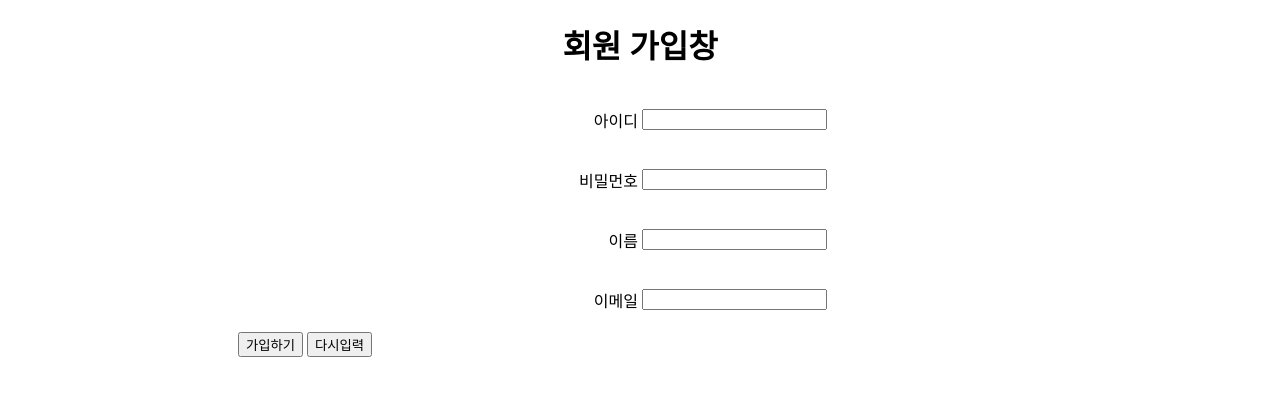
Repository: yw-son/yw-son
Page: http://localhost/pro13/memberForm.jsp
An editor plug-in stored every save of this project. The page is shown before and after the next save, followed by the edit.
The browser window is 1280 px wide. The pictures show the whole page.
The page is served by Tomcat 9. Other server files are loaded and not shown.

Above is the page before, as saved 2023-06-15 05:54:39.

### pro13/src/main/webapp/memberForm.jsp
<%@ page language="java" contentType="text/html; charset=UTF-8"
    pageEncoding="UTF-8"%>
<!DOCTYPE html>
<html>
<head>
<meta charset="UTF-8">
<title>회원 가입창 - memberform.jsp</title>
</head>
<body>
	<form action="member3.jsp" method="post" accept-charset="UTF-8">
		<h1 style="text-align: center">회원 가입창</h1>
		<table align="center">
			<tr>
				<td width="200">
					<p align="right">아이디</p>
					</td>
					<td width="400"><input type="text" name="id"></td>
					</tr>
					<tr>
				<td width="200">
					<p align="right">비밀먼호</p>
					</td>
					<td width="400"><input type="password" name="pwd"></td>
					</tr>
					<tr>
				<td width="200">
					<p align="right">이름</p>
					</td>
					<td width="400"><input type="text" name="name"></td>
					</tr>
					<tr>
				<td width="200">
					<p align="right">이메일</p>
					</td>
					<td width="400"><input type="text" name="email"></td>
					</tr>
					<tr>
				<td width="400">
					<input type="submit" value="가입하기">
					<input type="reset" value="다시입력">
					</td>

					</tr>
		</table>
	</form>
</body>
</html>

After the next save:
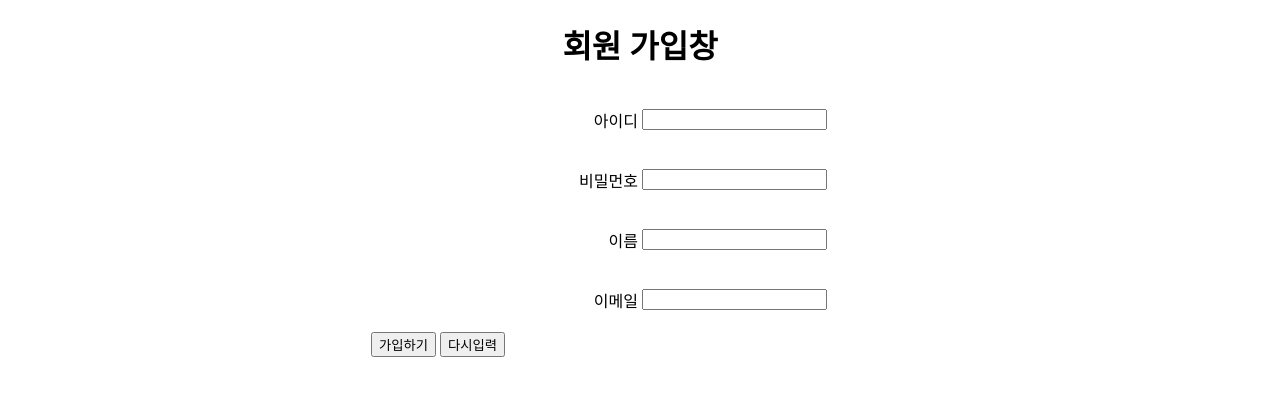
Saved 13 min 0 s later.
--- a/pro13/src/main/webapp/memberForm.jsp
+++ b/pro13/src/main/webapp/memberForm.jsp
@@ -11,31 +11,31 @@
 		<h1 style="text-align: center">회원 가입창</h1>
 		<table align="center">
 			<tr>
-				<td width="200">
+				<td width="200" align="center">
 					<p align="right">아이디</p>
 					</td>
 					<td width="400"><input type="text" name="id"></td>
 					</tr>
 					<tr>
-				<td width="200">
+				<td width="200" align="center">
 					<p align="right">비밀먼호</p>
 					</td>
 					<td width="400"><input type="password" name="pwd"></td>
 					</tr>
 					<tr>
-				<td width="200">
+				<td width="200" align="center">
 					<p align="right">이름</p>
 					</td>
 					<td width="400"><input type="text" name="name"></td>
 					</tr>
 					<tr>
-				<td width="200">
+				<td width="200" align="center">
 					<p align="right">이메일</p>
 					</td>
 					<td width="400"><input type="text" name="email"></td>
 					</tr>
 					<tr>
-				<td width="400">
+				<td width="400" align="center">
 					<input type="submit" value="가입하기">
 					<input type="reset" value="다시입력">
 					</td>

After the save that followed:
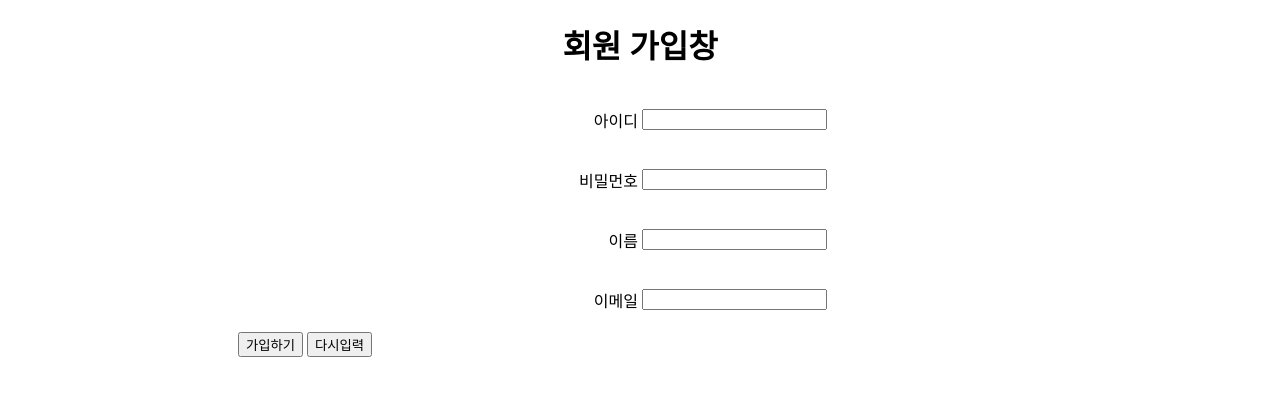
Saved 30 s later.
--- a/pro13/src/main/webapp/memberForm.jsp
+++ b/pro13/src/main/webapp/memberForm.jsp
@@ -11,31 +11,31 @@
 		<h1 style="text-align: center">회원 가입창</h1>
 		<table align="center">
 			<tr>
-				<td width="200" align="center">
+				<td width="200">
 					<p align="right">아이디</p>
 					</td>
 					<td width="400"><input type="text" name="id"></td>
 					</tr>
 					<tr>
-				<td width="200" align="center">
+				<td width="200">
 					<p align="right">비밀먼호</p>
 					</td>
 					<td width="400"><input type="password" name="pwd"></td>
 					</tr>
 					<tr>
-				<td width="200" align="center">
+				<td width="200">
 					<p align="right">이름</p>
 					</td>
 					<td width="400"><input type="text" name="name"></td>
 					</tr>
 					<tr>
-				<td width="200" align="center">
+				<td width="200">
 					<p align="right">이메일</p>
 					</td>
 					<td width="400"><input type="text" name="email"></td>
 					</tr>
 					<tr>
-				<td width="400" align="center">
+				<td width="400">
 					<input type="submit" value="가입하기">
 					<input type="reset" value="다시입력">
 					</td>
